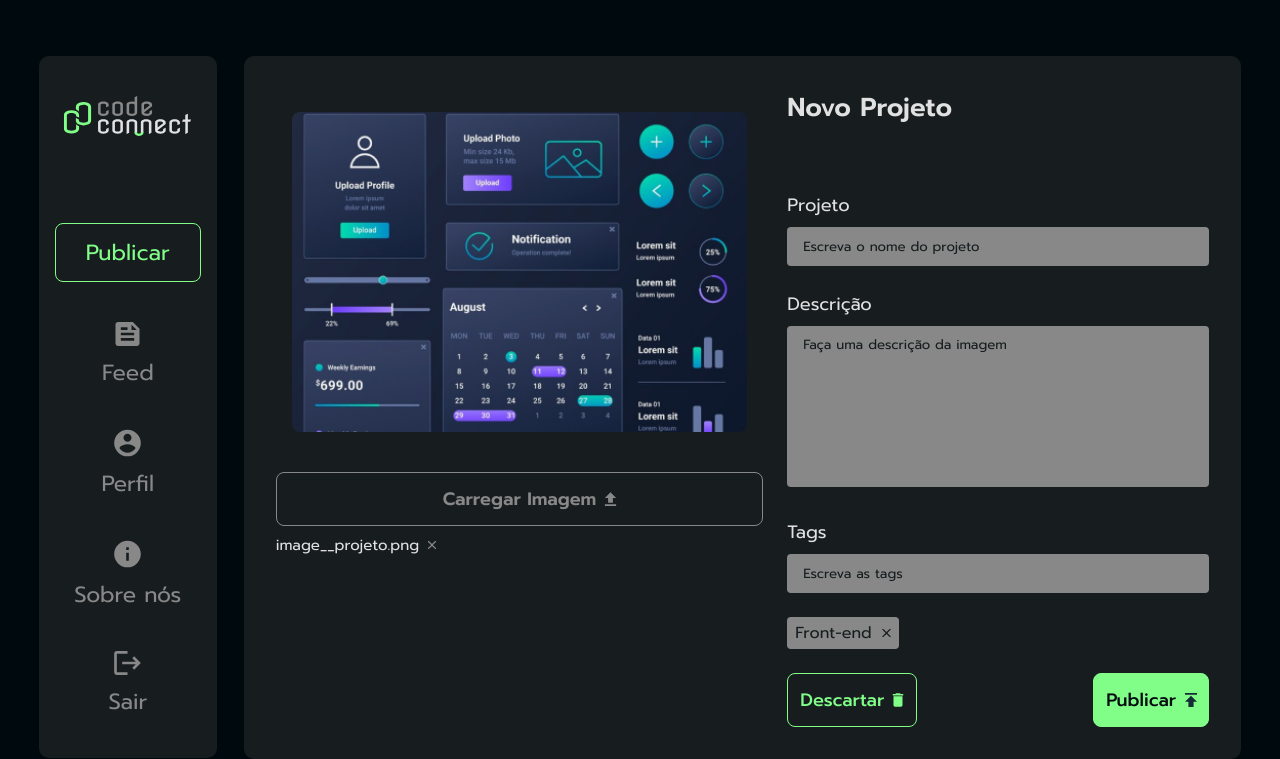
Repository: joaoPraiaJunior/async_await
Page: index.html
The author's editor kept a copy of each file at every save. The page is drawn from the files as they stood at one save, then again after the next save.
The browser window is 1280 px wide. The pictures show the whole page.

Above is the page before, as saved 2024-08-26 20:42:51.

After the next save:
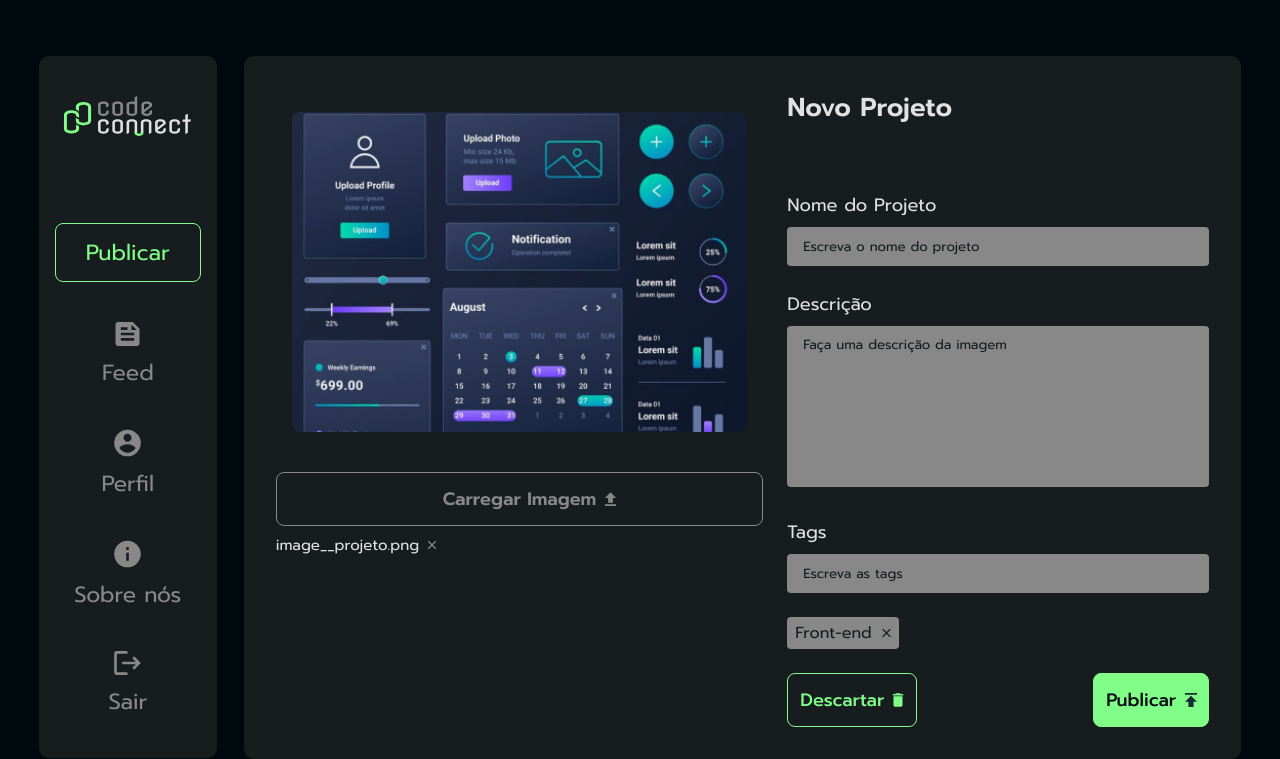
Saved 39 s later.
--- a/index.html
+++ b/index.html
@@ -49,7 +49,7 @@
             <form class="c-formulario__acoes">
 
                 <div class="c-formulario__grupo">
-                    <label for="tags">Projeto</label>
+                    <label for="projeto">Nome do Projeto</label>
                     <input type="text" name="projeto" id="projeto" placeholder="Escreva o nome do projeto" required>
                 </div>
                 <div class="c-formulario__grupo">
@@ -71,7 +71,7 @@
 
                 <div class="c-formulario__botoes">
                     <button class="c-formulario__botao c-formulario__botao--descartar">Descartar</button>
-                    <button class="c-formulario__botao c-formulario__botao--salvar">Publicar</button>
+                    <button type="submit" class="c-formulario__botao c-formulario__botao--salvar">Publicar</button>
                 </div>
             </form>
         </div>
